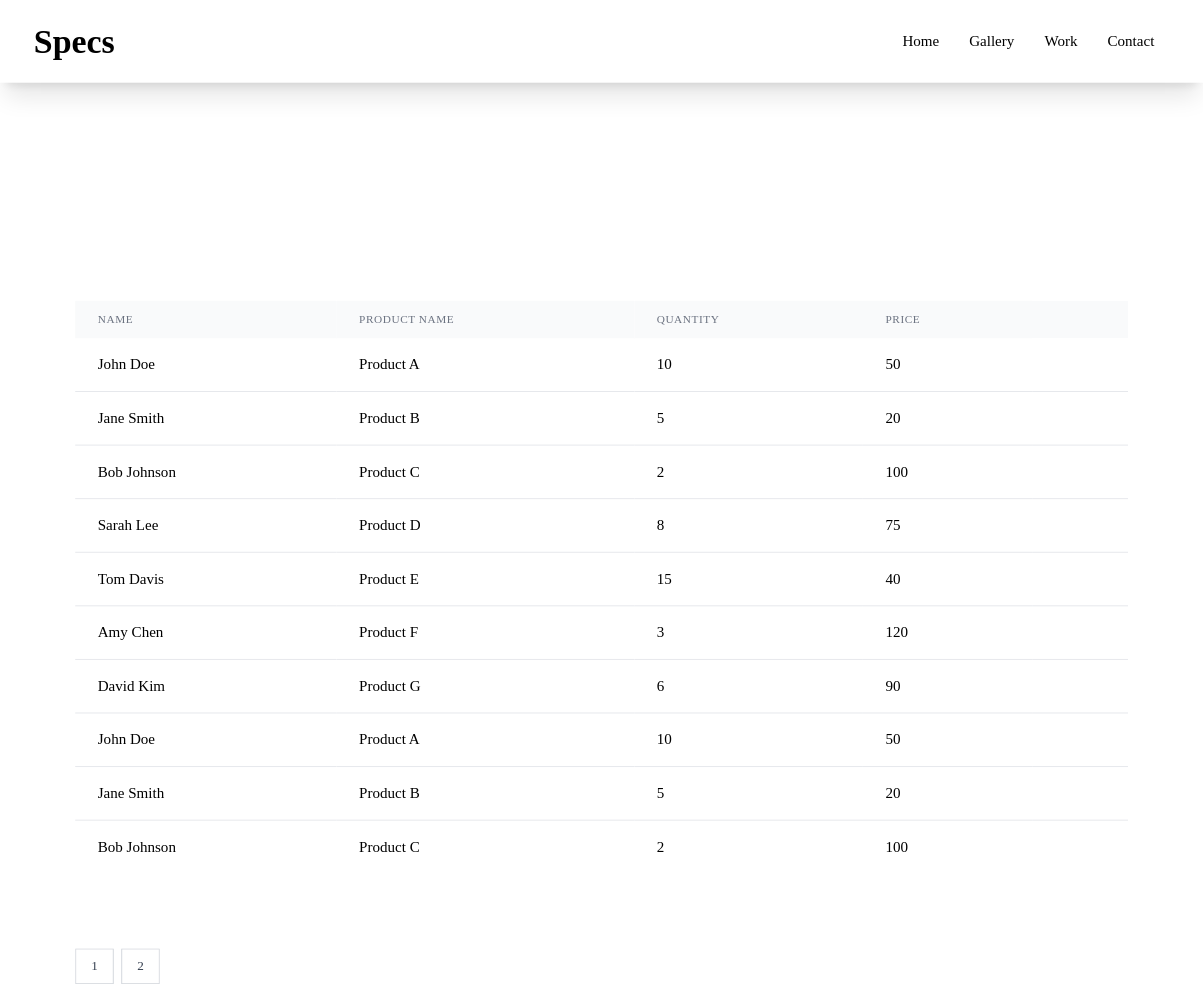
Repository: rushit163/frames-ecommerce
Page: /
These files come from the project's save history. The page is drawn as it stood at one moment and after the next save; the edit follows.
The browser window is 1280 px wide. The pictures show the whole page, at 94% of full size.
The project was rebuilt for these pictures with package versions that can differ from the ones it lists, and the page was loaded fresh each time. The framework's server and built-in components were replaced by stand-ins that run in the browser. Also part of the build but not shown: next.config.js.

Above is the page before, as saved 2023-05-06 07:02:48.

After the next save:
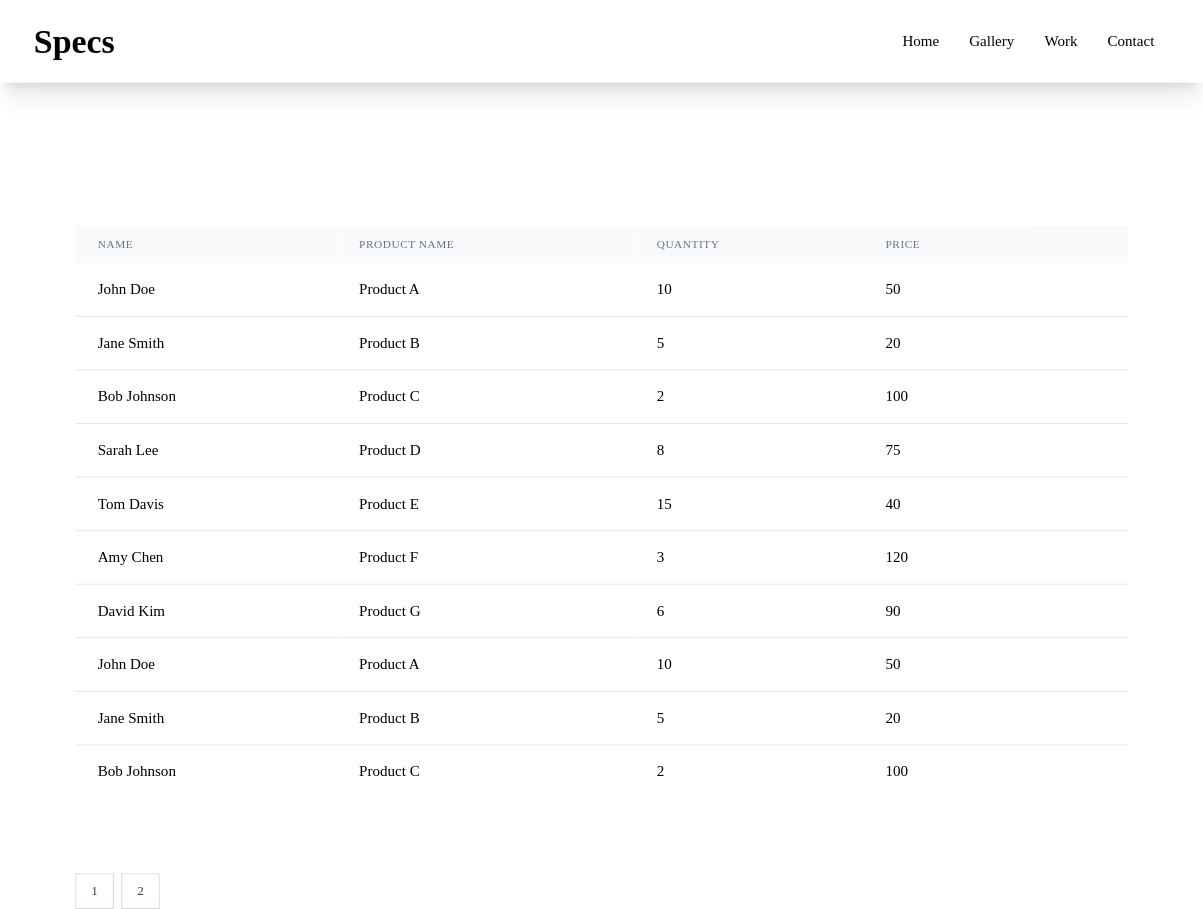
Saved 45 s later.
--- a/pages/Admin_homePage.tsx
+++ b/pages/Admin_homePage.tsx
@@ -136,8 +136,7 @@ const products = [
         <Navbar/>
         <div className="flex items-center justify-center h-screen md:pl-20 md:pr-20">
         <div className="w-full h-[calc(80vh-10rem)]">
-
-            <table className="w-full mt-20 mb-20">
+            <table className="w-full  mb-20">
               <thead className="bg-gray-50">
                 <tr>
                   <th
